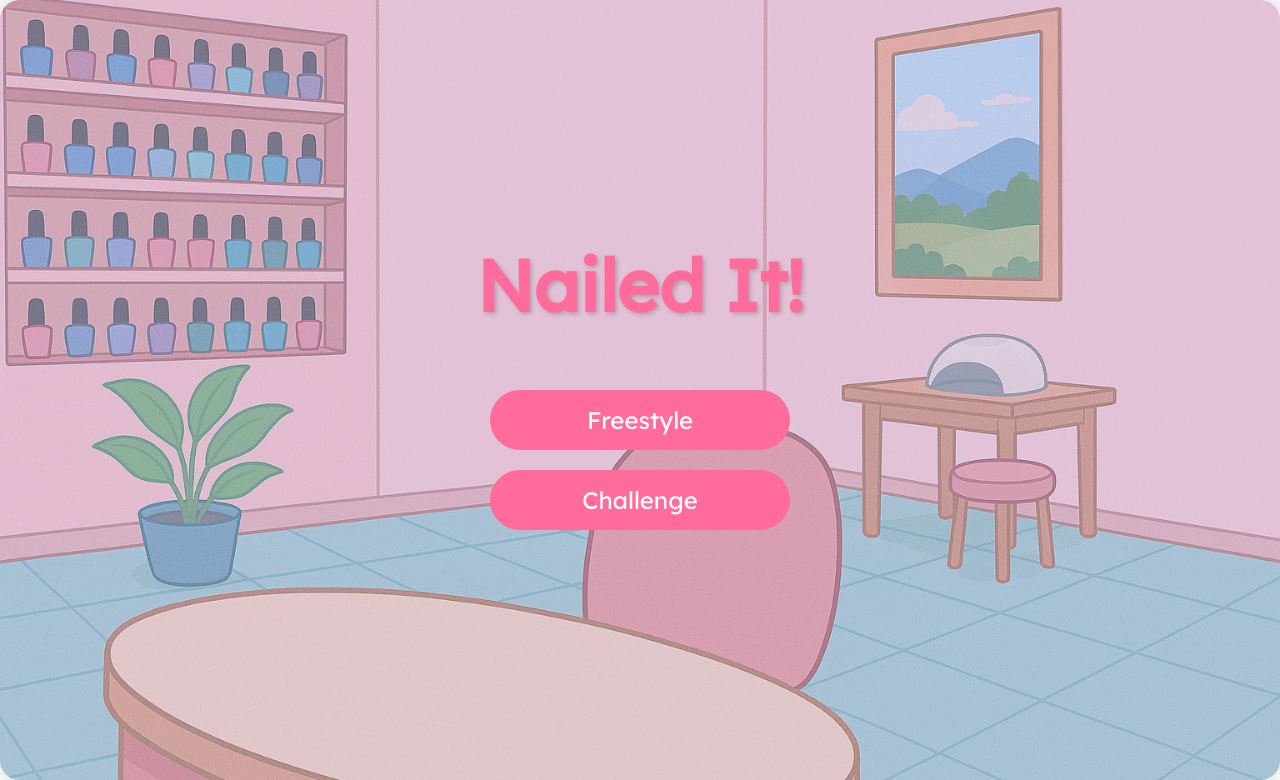
Repository: primcharlin/nailedit
Page: index.html
The author's editor kept a copy of each file at every save. The page is drawn from the files as they stood at one save, then again after the next save.
The browser window is 1280 px wide. The pictures show the whole page.

Above is the page before, as saved 2025-05-05 22:51:38.

After the next save:
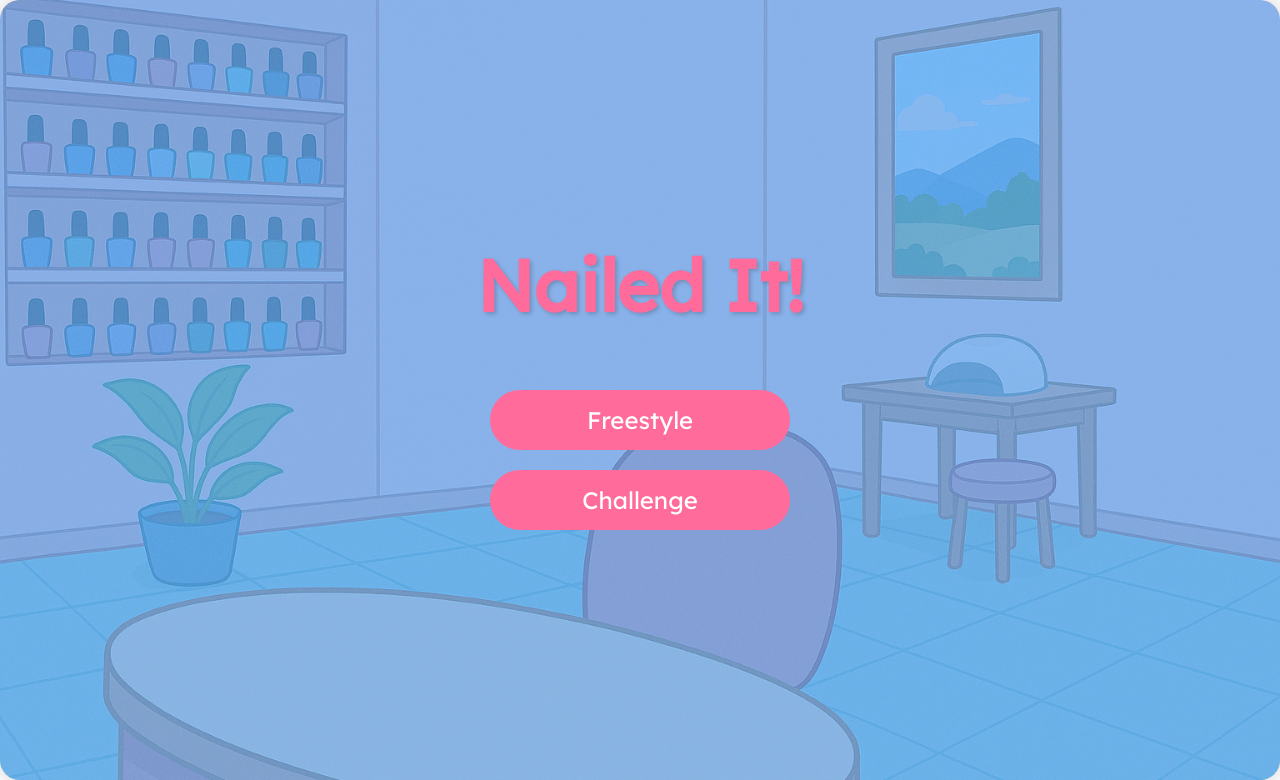
Saved 87 s later.
--- a/styles.css
+++ b/styles.css
@@ -39,7 +39,7 @@ h1 {
     flex-direction: column;
     justify-content: center;
     align-items: center;
-    background-color: rgba(189, 195, 255, 0.428);
+    background-color: rgba(89, 172, 255, 0.7);
     z-index: 100;
 }
 
